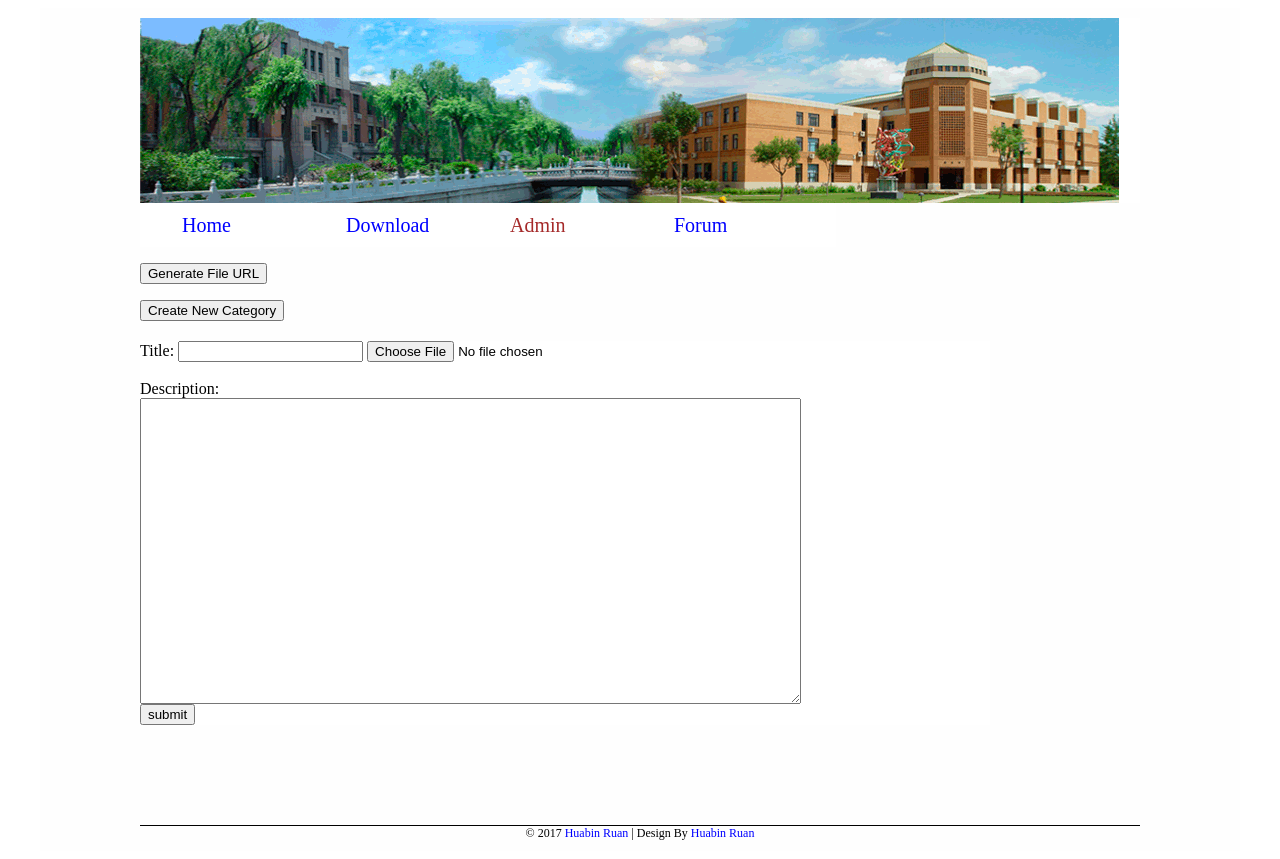
Repository: ruanhuabin/LifeSoftwareWebSite
Page: http://localhost/CryoEM/admin.jsp
An editor plug-in stored every save of this project. The page is shown before and after the next save, followed by the edit.
The browser window is 1280 px wide. The pictures show the whole page.
The page is served by Tomcat 9. Nobody is signed in. The application's start-up code is not run.

Above is the page before, as saved 2017-08-15 06:07:00.

After the next save:
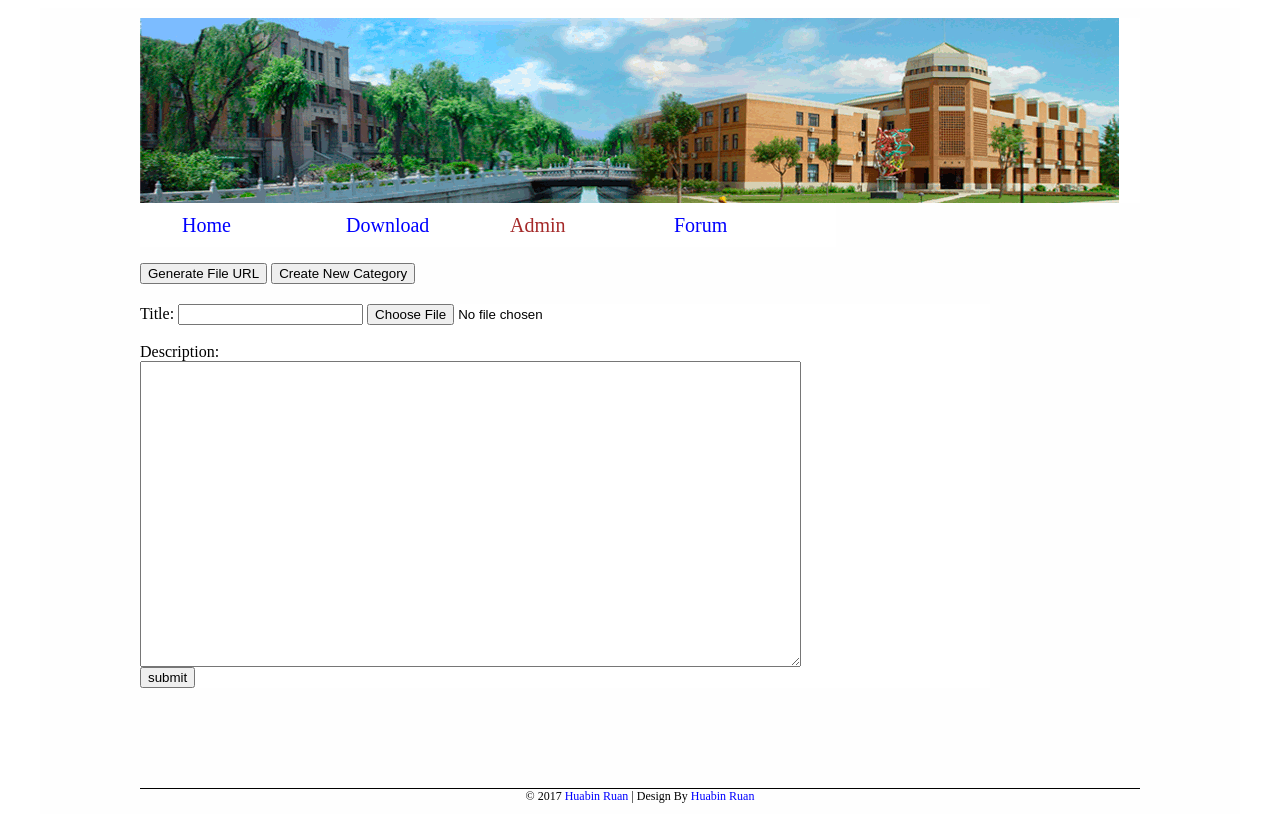
Saved 4 s later.
--- a/CryoEM/WebRoot/admin.jsp
+++ b/CryoEM/WebRoot/admin.jsp
@@ -96,7 +96,7 @@ String basePath = request.getScheme()+"://"+request.getServerName()+":"+request.
 
 
 <div style="clear:both"></div>
-<p><button title="click to generate an URL for file downloading"onclick="genURL()">Generate File URL</button></p>
+<p><button title="click to generate an URL for file downloading"onclick="genURL()">Generate File URL</button>
 <button  title="click to create a new catagory" onclick="genCategory()">Create New Category</button></p>
 
 
